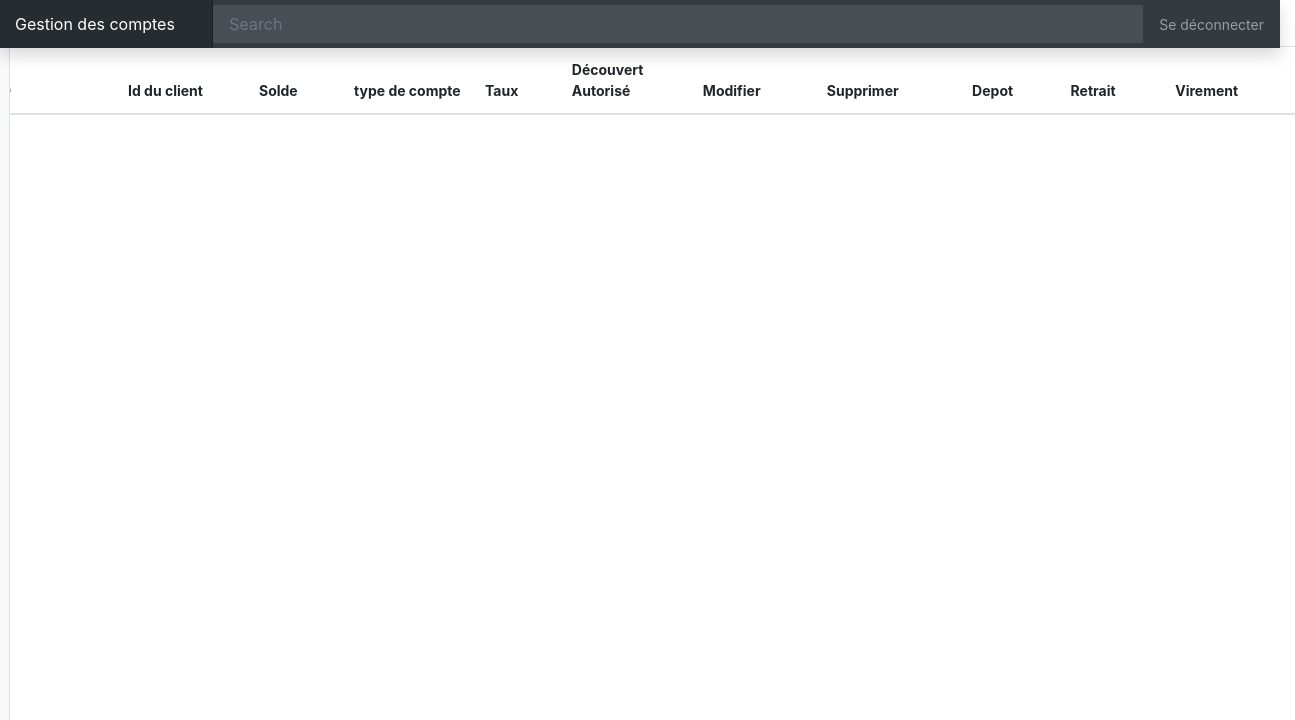
Repository: liiiseee/Projet
Page: http://localhost/02_projet_gestion_clients_compte/menu-comptes.jsp
An editor plug-in stored every save of this project. The page is shown before and after the next save, followed by the edit.
The browser window is 1280 px wide. The page is 1295 px wide, then 1280 px, so the pictures cover 1295 px, including what lies to the right of the window. The pictures show the whole page.
The page is served by Tomcat 9. Other server files are loaded and not shown. The template is opened directly, without the code that normally fills it, so the values that code supplies are empty.

Above is the page before, as saved 2020-03-30 15:08:03.

### 02_projet_gestion_clients_compte/WebContent/menu-comptes.jsp
<%@ page language="java" contentType="text/html; charset=ISO-8859-1"
    pageEncoding="ISO-8859-1"%>

<%@ taglib uri="http://java.sun.com/jsp/jstl/core" prefix="c"%>
<!DOCTYPE html>
<html>
<head>
<meta charset="ISO-8859-1">
<title>liste comptes</title>
<link href="assets/styles/bootstrap.min.css" rel="stylesheet" >

 <style>
      .bd-placeholder-img {
        font-size: 1.125rem;
        text-anchor: middle;
        -webkit-user-select: none;
        -moz-user-select: none;
        -ms-user-select: none;
        user-select: none;
      }

      @media (min-width: 768px) {
        .bd-placeholder-img-lg {
          font-size: 3.5rem;
        }
      }
    </style>
    <!-- Custom styles for this template -->
    <link href="assets/styles/dashboard.css" rel="stylesheet">
</head>
<body>

    <nav class="navbar navbar-dark fixed-top bg-dark flex-md-nowrap p-0 shadow">
  <a class="navbar-brand col-sm-3 col-md-2 mr-0" href="#">Gestion des comptes</a>
  <input class="form-control form-control-dark w-100" type="text" placeholder="Search" aria-label="Search">
  <ul class="navbar-nav px-3">
    <li class="nav-item text-nowrap">
      <a class="nav-link" href="authentification-servlet?destroy=true">Se déconnecter</a>
    </li>
  </ul>
</nav>

<div class="container-fluid" >
  <div class="row">
    <nav class="col-md-2 d-none d-md-block bg-light sidebar" style="width : 10px;">
      <div class="sidebar-sticky">
        <ul class="nav flex-column">
          <li class="nav-item">
            <a class="nav-link active" href="#">
              <span data-feather="home"></span>
              Liste des comptes <span class="sr-only">(current)</span>
            </a>
          </li>
          <li class="nav-item">
            <a class="nav-link" href="ajout-compte.jsp">
              <span data-feather="file"></span>
              Ajouter un nouveau compte
            </a>
          </li>
          <li class="nav-item">
            <a class="nav-link" href="attribuer-compte.jsp">
              <span data-feather="file"></span>
              Attribuer un compte à un client
            </a>
          </li>
         <li class="nav-item">
          <input type="hidden" name="action" value="liste"/>
            <a class="nav-link" href="menu-retrait.jsp">
              <span data-feather="shopping-cart"></span>
              Retirer de l'argent d'un compte
            </a>
          </li>

          <li class="nav-item">
          <input type="hidden" name="action" value="dep"/>
            <a class="nav-link" href="menu-depot.jsp">
              <span data-feather="users"></span>
             Déposer de l'argent sur un compte
            </a>
          </li>
          <li class="nav-item">
            <a class="nav-link" href="#">
              <span data-feather="bar-chart-2"></span>
              Effectuer un virement
            </a>
          </li>
          </ul>



      </div>
    </nav>
    </div>
    </div>





   <h2>Liste des comptes</h2>
   <div class="row">
     <div class="table-responsive">
       <table  class="table table-striped">




          <thead>
            <tr>
              	<th style="width:10%;">ID</th>
              	<th style="width:10%;">Id du client</th>
	 			<th style="width:10px;">Solde</th>
	 			<th style="width:10%;">type de compte</th>
	 			<th style="width:10px;">Taux</th>
	 			<th style="width:10%;">Découvert Autorisé</th>
	 			<th style="width:10px;">Modifier</th>
	 			<th style="width:10px;">Supprimer</th>
	 			<th style="width:10px;">Depot</th>
	 			<th style="width:10px;">Retrait</th>
	 			<th style="width:10px;">Virement</th>

            </tr>
          </thead>
          <tbody>
            <c:forEach items="${liste_comptes}" var="compte">
	 			<tr>

	 				<td>${compte.idCompte }</td>
	 				<td> ${compte.clientID } </td>
	 				<td> ${compte.solde } </td>
	 				<td> ${compte.typeCompte } </td>
	 				<td> ${compte.taux } </td>
	 				<td> ${compte.decouvert } </td>
	 				<td>
	 					<a href="gestion-compte-servlet?action=modif&id-compte=${compte.idCompte}">modifier</a>
	 				</td>


	 				<td>
	 					<a href="gestion-compte-servlet?action=supp&id-compte=${compte.idCompte}">supprimer</a>
	 				</td>

	 				<td>
	 					<a href="gestion-compte-servlet?action=depot&id-compte=${compte.idCompte}">depot</a>
	 				</td>

	 				<td>
	 					<a href="gestion-compte-servlet?action=retrait&id-compte=${compte.idCompte}">retrait</a>
	 				</td>
	 				<td>
	 					<a href="gestion-compte-servlet?action=virement&id-compte=${compte.idCompte}">virement</a>
	 				</td>




	 				</tr>

            </c:forEach>


          </tbody>

        </table>

            </div>
        </div>



</body>
</html>

### 02_projet_gestion_clients_compte/WebContent/assets/styles/dashboard.css
@charset "ISO-8859-1";

body {
  font-size: .875rem;
}

.feather {
  width: 16px;
  height: 16px;
  vertical-align: text-bottom;
}

/*
 * Sidebar
 */

.sidebar {
  position: fixed;
  top: 0;
  bottom: 0;
  left: 0;
  z-index: 100; /* Behind the navbar */
  padding: 48px 0 0; /* Height of navbar */
  box-shadow: inset -1px 0 0 rgba(0, 0, 0, .1);
}

.sidebar-sticky {
  position: relative;
  top: 0;
  height: calc(100vh - 48px);
  padding-top: .5rem;
  overflow-x: hidden;
  overflow-y: auto; /* Scrollable contents if viewport is shorter than content. */
}

@supports ((position: -webkit-sticky) or (position: sticky)) {
  .sidebar-sticky {
    position: -webkit-sticky;
    position: sticky;
  }
}

.sidebar .nav-link {
  font-weight: 500;
  color: #333;
}

.sidebar .nav-link .feather {
  margin-right: 4px;
  color: #999;
}

.sidebar .nav-link.active {
  color: #007bff;
}

.sidebar .nav-link:hover .feather,
.sidebar .nav-link.active .feather {
  color: inherit;
}

.sidebar-heading {
  font-size: .75rem;
  text-transform: uppercase;
}

/*
 * Content
 */

[role="main"] {
  padding-top: 133px; /* Space for fixed navbar */
}

@media (min-width: 768px) {
  [role="main"] {
    padding-top: 48px; /* Space for fixed navbar */
  }
}

/*
 * Navbar
 */

.navbar-brand {
  padding-top: .75rem;
  padding-bottom: .75rem;
  font-size: 1rem;
  background-color: rgba(0, 0, 0, .25);
  box-shadow: inset -1px 0 0 rgba(0, 0, 0, .25);
}

.navbar .form-control {
  padding: .75rem 1rem;
  border-width: 0;
  border-radius: 0;
}

.form-control-dark {
  color: #fff;
  background-color: rgba(255, 255, 255, .1);
  border-color: rgba(255, 255, 255, .1);
}

.form-control-dark:focus {
  border-color: transparent;
  box-shadow: 0 0 0 3px rgba(255, 255, 255, .25);
}

Loaded but not shown: 02_projet_gestion_clients_compte/WebContent/assets/styles/bootstrap.min.css (library)

After the next save:
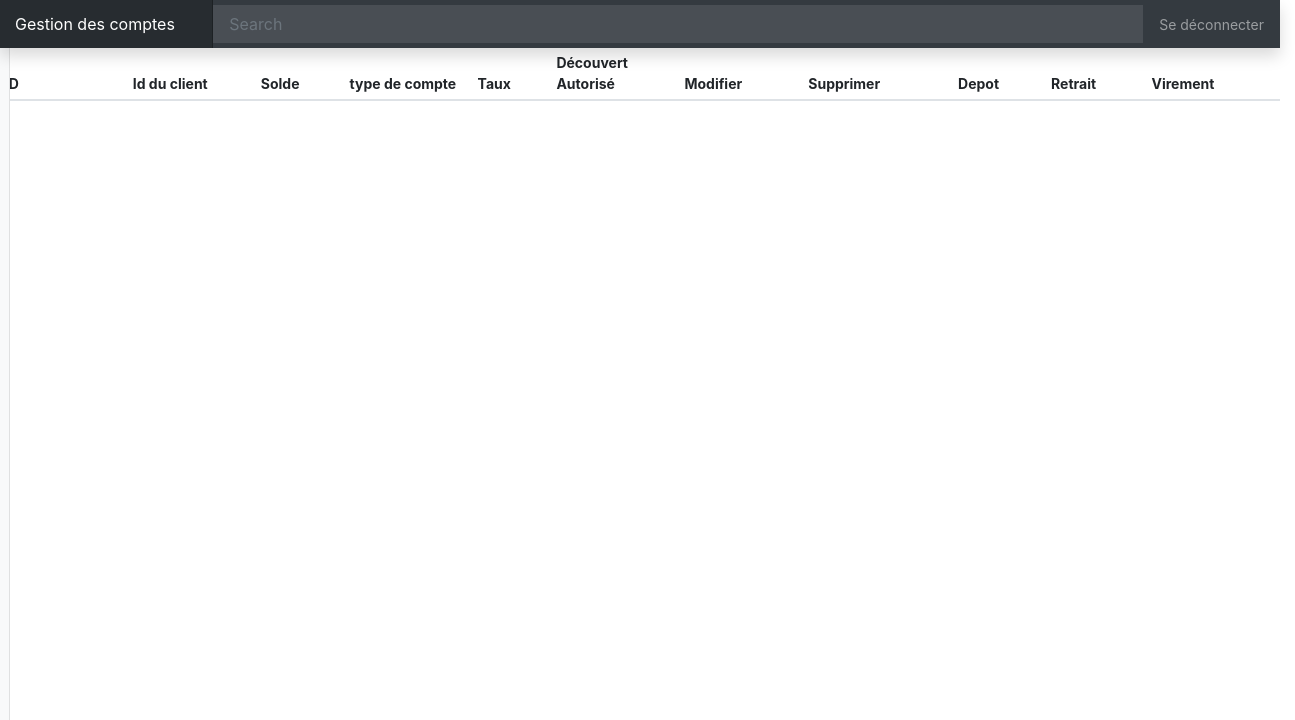
Saved 112 s later.
--- a/02_projet_gestion_clients_compte/WebContent/menu-comptes.jsp
+++ b/02_projet_gestion_clients_compte/WebContent/menu-comptes.jsp
@@ -98,9 +98,9 @@
 
 
    <h2>Liste des comptes</h2>
-   <div class="row">
+
      <div class="table-responsive">
-       <table  class="table table-striped">
+       <table  class="table table-striped table-sm">
 
 
 
@@ -164,7 +164,7 @@
         </table>
 
             </div>
-        </div>
+
 
 
 
